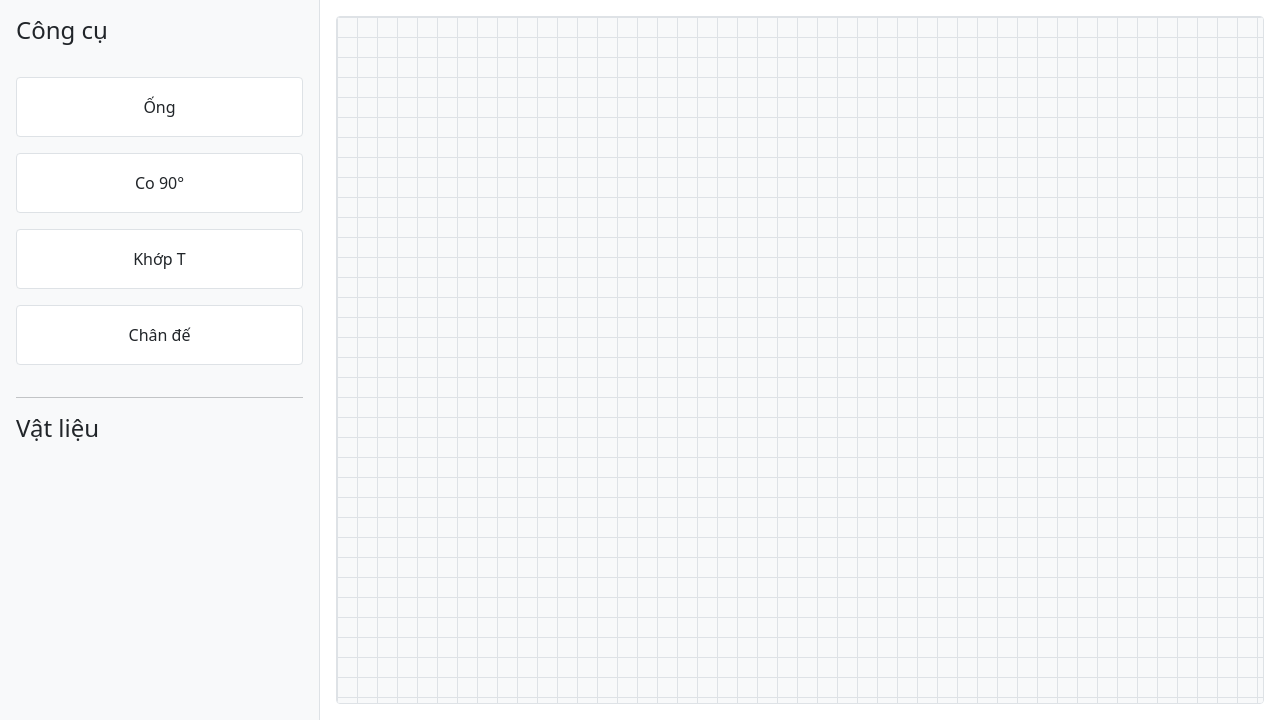
Repository: ph4n4n/treo-rackit
Page: index.html
The author's editor kept a copy of each file at every save. The page is drawn from the files as they stood at one save, then again after the next save.
The browser window is 1280 px wide. The pictures show the whole page.

Above is the page before, as saved 2025-06-16 18:28:08.

### index.html
<!DOCTYPE html>
<html lang="vi">
<head>
    <meta charset="UTF-8">
    <meta name="viewport" content="width=device-width, initial-scale=1.0">
    <title>TreoRackit - Thiết kế giá treo quần áo</title>

    <!-- Bootstrap 5 CSS -->
    <link href="https://cdn.jsdelivr.net/npm/bootstrap@5.3.0/dist/css/bootstrap.min.css" rel="stylesheet">

    <!-- Custom CSS -->
    <link href="css/style.css" rel="stylesheet">
</head>
<body>
    <div class="container-fluid">
        <div class="row vh-100">
            <!-- Sidebar -->
            <div class="col-md-3 border-end p-3 bg-light">
                <h4 class="mb-3">Công cụ</h4>
                <div class="components-list">
                    <!-- Components will be added here -->
                </div>
                <hr>
                <h4 class="mb-3">Vật liệu</h4>
                <div class="bom-list">
                    <!-- BOM will be added here -->
                </div>
            </div>

            <!-- Main Canvas -->
            <div class="col-md-9 p-3">
                <div class="canvas-container">
                    <div id="canvas" class="canvas">
                        <!-- Canvas content will be added here -->
                    </div>
                </div>
            </div>
        </div>
    </div>

    <!-- Bootstrap 5 JS -->
    <script src="https://cdn.jsdelivr.net/npm/bootstrap@5.3.0/dist/js/bootstrap.bundle.min.js"></script>

    <!-- FileSaver.js -->
    <script src="https://cdnjs.cloudflare.com/ajax/libs/FileSaver.js/2.0.5/FileSaver.min.js"></script>

    <!-- Custom JS -->
    <script src="js/constants.js"></script>
    <script src="js/components/BaseComponent.js"></script>
    <script src="js/components/PipeSegment.js"></script>
    <script src="js/components/ElbowJoint.js"></script>
    <script src="js/components/TeeJoint.js"></script>
    <script src="js/components/WallMount.js"></script>
    <script src="js/utils/dragDrop.js"></script>
    <script src="js/utils/snapGuides.js"></script>
    <script src="js/utils/bom.js"></script>
    <script src="js/app.js"></script>
</body>
</html>

### css/style.css
/* Canvas styles */
.canvas-container {
    width: 100%;
    height: calc(100vh - 2rem);
    border: 1px solid #dee2e6;
    border-radius: 0.25rem;
    overflow: hidden;
}

.canvas {
    width: 100%;
    height: 100%;
    background-color: #f8f9fa;
    position: relative;
}

/* Component styles */
.component {
    position: absolute;
    cursor: move;
    user-select: none;
    display: flex;
    align-items: center;
    justify-content: center;
    z-index: 1;
    transition: box-shadow 0.2s ease;
}

.component:hover {
    box-shadow: 0 2px 8px rgba(0,0,0,0.15);
}

.component.selected {
    outline: 2px solid #0d6efd;
    z-index: 2;
    box-shadow: 0 4px 12px rgba(13, 110, 253, 0.3);
}

.component.dragging {
    z-index: 3;
    box-shadow: 0 8px 25px rgba(0,0,0,0.3);
    transform: scale(1.05);
}

/* Component SVG styles */
.component svg {
    width: 100%;
    height: 100%;
}

/* Pipe Segment */
.pipe-segment {
    height: 20px !important;
}

.pipe-segment .length-input {
    position: absolute;
    width: 60px;
    text-align: center;
    border: none;
    background: rgba(255,255,255,0.9);
    color: #333;
    font-weight: bold;
    pointer-events: auto;
    font-size: 12px;
    border-radius: 3px;
    padding: 2px;
    z-index: 2;
}

.pipe-segment .length-input:focus {
    outline: 2px solid #0d6efd;
    background: white;
}

/* Rotation controls */
.rotation-controls {
    position: absolute;
    top: -25px;
    left: 50%;
    transform: translateX(-50%);
    display: none;
    gap: 0.5rem;
    z-index: 3;
}

.component:hover .rotation-controls,
.component.selected .rotation-controls {
    display: flex;
}

.rotation-controls button {
    width: 24px;
    height: 24px;
    padding: 0;
    border: 1px solid #dee2e6;
    background: white;
    border-radius: 50%;
    cursor: pointer;
    display: flex;
    align-items: center;
    justify-content: center;
    font-size: 14px;
    box-shadow: 0 2px 4px rgba(0,0,0,0.1);
    pointer-events: auto;
}

.rotation-controls button:hover {
    background: #f8f9fa;
    box-shadow: 0 2px 8px rgba(0,0,0,0.2);
}

/* Delete button */
.delete-button {
    position: absolute;
    top: -25px;
    right: -10px;
    width: 20px;
    height: 20px;
    background: #dc3545;
    color: white;
    border: none;
    border-radius: 50%;
    cursor: pointer;
    display: none;
    align-items: center;
    justify-content: center;
    font-size: 12px;
    z-index: 3;
    pointer-events: auto;
}

.component:hover .delete-button,
.component.selected .delete-button {
    display: flex;
}

.delete-button:hover {
    background: #c82333;
}

/* Sidebar styles */
.components-list {
    display: grid;
    gap: 1rem;
    padding: 1rem 0;
}

.component-item {
    padding: 0.5rem;
    border: 1px solid #dee2e6;
    border-radius: 0.25rem;
    background: white;
    cursor: grab;
    transition: all 0.2s;
    text-align: center;
    position: relative;
    height: 60px;
    display: flex;
    align-items: center;
    justify-content: center;
    flex-direction: column;
}

.component-item:hover {
    box-shadow: 0 0.125rem 0.25rem rgba(0, 0, 0, 0.075);
    transform: translateY(-1px);
}

.component-item:active {
    cursor: grabbing;
}

/* Component previews in sidebar */
.component-item svg {
    width: 30px;
    height: 30px;
    margin-bottom: 5px;
}

/* BOM styles */
.bom-list {
    font-size: 0.9rem;
}

.bom-list h6 {
    color: #495057;
    margin-bottom: 0.5rem;
}

.bom-list ul {
    margin-bottom: 0.5rem;
}

.bom-list li {
    padding: 0.25rem 0;
    border-bottom: 1px solid #f8f9fa;
}

/* Grid styles */
.grid {
    position: absolute;
    top: 0;
    left: 0;
    width: 100%;
    height: 100%;
    background-image:
        linear-gradient(#dee2e6 1px, transparent 1px),
        linear-gradient(90deg, #dee2e6 1px, transparent 1px);
    background-size: 20px 20px;
    pointer-events: none;
}

/* Snap guides */
.snap-guide {
    position: absolute;
    background: #0d6efd;
    pointer-events: none;
    z-index: 1;
}

.snap-guide.horizontal {
    height: 1px;
    width: 100%;
}

.snap-guide.vertical {
    width: 1px;
    height: 100%;
}

### js/constants.js
const COMPONENT_TYPES = {
    PIPE_SEGMENT: 'pipe-segment',
    ELBOW_JOINT: 'elbow-joint',
    TEE_JOINT: 'tee-joint',
    WALL_MOUNT: 'wall-mount'
};

const GRID_SIZE = 20; // pixels

const COMPONENT_DEFAULTS = {
    [COMPONENT_TYPES.PIPE_SEGMENT]: {
        width: 100,
        height: 20,
        color: '#6c757d'
    },
    [COMPONENT_TYPES.ELBOW_JOINT]: {
        width: 40,
        height: 40,
        color: '#0d6efd'
    },
    [COMPONENT_TYPES.TEE_JOINT]: {
        width: 40,
        height: 60,
        color: '#198754'
    },
    [COMPONENT_TYPES.WALL_MOUNT]: {
        width: 30,
        height: 30,
        color: '#dc3545'
    }
};

### js/components/PipeSegment.js
class PipeSegment extends BaseComponent {
    constructor(x, y) {
        super(COMPONENT_TYPES.PIPE_SEGMENT, x, y);
        this.length = 100; // default length in cm
    }

    create() {
        super.create();
        this.element.classList.add('pipe-segment');

        // Create SVG pipe
        this.createPipeSVG();

        // Add length input
        const input = document.createElement('input');
        input.type = 'number';
        input.value = this.length;
        input.min = 10;
        input.max = 300;
        input.className = 'length-input';

        input.addEventListener('change', (e) => {
            this.length = parseInt(e.target.value) || 100;
            this.updateStyle();
            window.app.bom.updateBOM();
        });

        this.element.appendChild(input);
        return this.element;
    }

    createPipeSVG() {
        const svg = document.createElementNS('http://www.w3.org/2000/svg', 'svg');
        svg.setAttribute('viewBox', '0 0 200 20');

        // Outer pipe
        const outerPipe = document.createElementNS('http://www.w3.org/2000/svg', 'rect');
        outerPipe.setAttribute('x', '0');
        outerPipe.setAttribute('y', '2');
        outerPipe.setAttribute('width', '200');
        outerPipe.setAttribute('height', '16');
        outerPipe.setAttribute('rx', '8');
        outerPipe.setAttribute('fill', '#6c757d');
        outerPipe.setAttribute('stroke', '#495057');
        outerPipe.setAttribute('stroke-width', '1');

        // Inner highlight
        const innerHighlight = document.createElementNS('http://www.w3.org/2000/svg', 'rect');
        innerHighlight.setAttribute('x', '2');
        innerHighlight.setAttribute('y', '4');
        innerHighlight.setAttribute('width', '196');
        innerHighlight.setAttribute('height', '6');
        innerHighlight.setAttribute('rx', '3');
        innerHighlight.setAttribute('fill', '#adb5bd');

        // Shadow
        const shadow = document.createElementNS('http://www.w3.org/2000/svg', 'rect');
        shadow.setAttribute('x', '2');
        shadow.setAttribute('y', '12');
        shadow.setAttribute('width', '196');
        shadow.setAttribute('height', '4');
        shadow.setAttribute('rx', '2');
        shadow.setAttribute('fill', '#495057');

        svg.appendChild(outerPipe);
        svg.appendChild(innerHighlight);
        svg.appendChild(shadow);

        this.element.appendChild(svg);
    }

    updateStyle() {
        super.updateStyle();
        if (this.element) {
            // Update width based on length (1cm = 2px)
            const newWidth = this.length * 2;
            this.element.style.width = `${newWidth}px`;

            // Update SVG viewBox
            const svg = this.element.querySelector('svg');
            if (svg) {
                svg.setAttribute('viewBox', `0 0 ${newWidth} 20`);

                // Update all rect elements
                const rects = svg.querySelectorAll('rect');
                rects[0].setAttribute('width', newWidth); // outer pipe
                rects[1].setAttribute('width', newWidth - 4); // highlight
                rects[2].setAttribute('width', newWidth - 4); // shadow
            }
        }
    }
}

### js/components/ElbowJoint.js
class ElbowJoint extends BaseComponent {
    constructor(x, y) {
        super(COMPONENT_TYPES.ELBOW_JOINT, x, y);
    }

    create() {
        super.create();
        this.element.classList.add('elbow-joint');

        // Create SVG elbow
        this.createElbowSVG();

        // Add rotation controls
        const controls = document.createElement('div');
        controls.className = 'rotation-controls';

        const rotateLeft = document.createElement('button');
        rotateLeft.textContent = '↶';
        rotateLeft.addEventListener('click', (e) => {
            e.stopPropagation();
            this.rotate(-90);
        });

        const rotateRight = document.createElement('button');
        rotateRight.textContent = '↷';
        rotateRight.addEventListener('click', (e) => {
            e.stopPropagation();
            this.rotate(90);
        });

        controls.appendChild(rotateLeft);
        controls.appendChild(rotateRight);
        this.element.appendChild(controls);

        return this.element;
    }

    createElbowSVG() {
        const svg = document.createElementNS('http://www.w3.org/2000/svg', 'svg');
        svg.setAttribute('viewBox', '0 0 40 40');

        // Create elbow path (90 degree bend)
        const path = document.createElementNS('http://www.w3.org/2000/svg', 'path');
        path.setAttribute('d', 'M 8 0 L 32 0 L 32 8 L 40 8 L 40 32 L 32 32 L 32 40 L 8 40 L 8 32 L 0 32 L 0 8 L 8 8 Z');
        path.setAttribute('fill', '#0d6efd');
        path.setAttribute('stroke', '#0b5ed7');
        path.setAttribute('stroke-width', '1');

        // Inner highlight
        const highlight = document.createElementNS('http://www.w3.org/2000/svg', 'path');
        highlight.setAttribute('d', 'M 10 2 L 30 2 L 30 10 L 38 10 L 38 30 L 30 30 L 30 38 L 10 38 L 10 30 L 2 30 L 2 10 L 10 10 Z');
        highlight.setAttribute('fill', '#6ea8fe');

        svg.appendChild(path);
        svg.appendChild(highlight);

        this.element.appendChild(svg);
    }
}

### js/components/TeeJoint.js
class TeeJoint extends BaseComponent {
    constructor(x, y) {
        super(COMPONENT_TYPES.TEE_JOINT, x, y);
    }

    create() {
        super.create();
        this.element.classList.add('tee-joint');

        // Create SVG T-joint
        this.createTeeJointSVG();

        // Add rotation controls
        const controls = document.createElement('div');
        controls.className = 'rotation-controls';

        const rotateLeft = document.createElement('button');
        rotateLeft.textContent = '↶';
        rotateLeft.addEventListener('click', (e) => {
            e.stopPropagation();
            this.rotate(-90);
        });

        const rotateRight = document.createElement('button');
        rotateRight.textContent = '↷';
        rotateRight.addEventListener('click', (e) => {
            e.stopPropagation();
            this.rotate(90);
        });

        controls.appendChild(rotateLeft);
        controls.appendChild(rotateRight);
        this.element.appendChild(controls);

        return this.element;
    }

    createTeeJointSVG() {
        const svg = document.createElementNS('http://www.w3.org/2000/svg', 'svg');
        svg.setAttribute('viewBox', '0 0 40 60');

        // Create T-joint path
        const path = document.createElementNS('http://www.w3.org/2000/svg', 'path');
        path.setAttribute('d', 'M 12 0 L 28 0 L 28 20 L 40 20 L 40 40 L 28 40 L 28 60 L 12 60 L 12 40 L 0 40 L 0 20 L 12 20 Z');
        path.setAttribute('fill', '#198754');
        path.setAttribute('stroke', '#157347');
        path.setAttribute('stroke-width', '1');

        // Inner highlight
        const highlight = document.createElementNS('http://www.w3.org/2000/svg', 'path');
        highlight.setAttribute('d', 'M 14 2 L 26 2 L 26 22 L 38 22 L 38 38 L 26 38 L 26 58 L 14 58 L 14 38 L 2 38 L 2 22 L 14 22 Z');
        highlight.setAttribute('fill', '#75b798');

        svg.appendChild(path);
        svg.appendChild(highlight);

        this.element.appendChild(svg);
    }
}

### js/utils/dragDrop.js
class DragDrop {
    constructor(app) {
        this.app = app;
        this.draggedItem = null;
        this.init();
    }

    init() {
        // Drag start from components list
        this.app.componentsList.addEventListener('dragstart', (e) => {
            if (e.target.classList.contains('component-item')) {
                this.draggedItem = e.target;
                e.dataTransfer.setData('text/plain', e.target.dataset.type);
                e.dataTransfer.effectAllowed = 'copy';
            }
        });

        // Drag over canvas
        this.app.canvas.addEventListener('dragover', (e) => {
            e.preventDefault();
            e.dataTransfer.dropEffect = 'copy';
        });

        // Drop on canvas
        this.app.canvas.addEventListener('drop', (e) => {
            e.preventDefault();
            const type = e.dataTransfer.getData('text/plain');
            if (type) {
                this.createComponent(type, e.offsetX, e.offsetY);
            }
        });
    }

    createComponent(type, x, y) {
        let component;

        switch (type) {
            case COMPONENT_TYPES.PIPE_SEGMENT:
                component = new PipeSegment(x, y);
                break;
            case COMPONENT_TYPES.ELBOW_JOINT:
                component = new ElbowJoint(x, y);
                break;
            case COMPONENT_TYPES.TEE_JOINT:
                component = new TeeJoint(x, y);
                break;
            case COMPONENT_TYPES.WALL_MOUNT:
                component = new WallMount(x, y);
                break;
            default:
                return;
        }

        const element = component.create();
        this.app.canvas.appendChild(element);
        this.app.addComponent(component);
    }
}

### js/utils/bom.js
class BOM {
    constructor(app) {
        this.app = app;
        this.bomList = document.querySelector('.bom-list');
        this.init();
    }

    init() {
        this.updateBOM();
    }

    updateBOM() {
        const components = Array.from(this.app.components.values());
        const counts = {
            [COMPONENT_TYPES.PIPE_SEGMENT]: new Map(), // Map of length -> count
            [COMPONENT_TYPES.ELBOW_JOINT]: 0,
            [COMPONENT_TYPES.TEE_JOINT]: 0,
            [COMPONENT_TYPES.WALL_MOUNT]: 0
        };

        // Count components
        components.forEach(component => {
            if (component.type === COMPONENT_TYPES.PIPE_SEGMENT) {
                const length = component.length;
                counts[component.type].set(length, (counts[component.type].get(length) || 0) + 1);
            } else {
                counts[component.type]++;
            }
        });

        // Update UI
        this.renderBOM(counts);
    }

    renderBOM(counts) {
        this.bomList.innerHTML = '';

        // Render pipe segments
        if (counts[COMPONENT_TYPES.PIPE_SEGMENT].size > 0) {
            const pipeSection = document.createElement('div');
            pipeSection.className = 'mb-3';
            pipeSection.innerHTML = '<h6>Ống</h6>';

            const pipeList = document.createElement('ul');
            pipeList.className = 'list-unstyled';

            Array.from(counts[COMPONENT_TYPES.PIPE_SEGMENT].entries())
                .sort(([a], [b]) => a - b)
                .forEach(([length, count]) => {
                    const li = document.createElement('li');
                    li.textContent = `${length}cm: ${count} cái`;
                    pipeList.appendChild(li);
                });

            pipeSection.appendChild(pipeList);
            this.bomList.appendChild(pipeSection);
        }

        // Render other components
        const otherComponents = [
            { type: COMPONENT_TYPES.ELBOW_JOINT, label: 'Co 90°' },
            { type: COMPONENT_TYPES.TEE_JOINT, label: 'Khớp T' },
            { type: COMPONENT_TYPES.WALL_MOUNT, label: 'Chân đế' }
        ];

        otherComponents.forEach(({ type, label }) => {
            if (counts[type] > 0) {
                const div = document.createElement('div');
                div.className = 'mb-2';
                div.textContent = `${label}: ${counts[type]} cái`;
                this.bomList.appendChild(div);
            }
        });
    }
}

### js/app.js
class App {
    constructor() {
        this.canvas = document.getElementById('canvas');
        this.componentsList = document.querySelector('.components-list');
        this.selectedComponent = null;
        this.components = new Map(); // Store component instances

        this.init();
    }

    init() {
        // Add grid to canvas
        this.addGrid();

        // Initialize components list
        this.initComponentsList();

        // Initialize drag and drop
        this.dragDrop = new DragDrop(this);

        // Initialize snap guides
        this.snapGuides = new SnapGuides(this);

        // Initialize BOM
        this.bom = new BOM(this);

        // Add event listeners
        this.addEventListeners();
    }

    addGrid() {
        const grid = document.createElement('div');
        grid.className = 'grid';
        this.canvas.appendChild(grid);
    }

    initComponentsList() {
        Object.entries(COMPONENT_TYPES).forEach(([key, type]) => {
            const item = document.createElement('div');
            item.className = 'component-item';
            item.draggable = true;
            item.dataset.type = type;
            item.textContent = this.getComponentLabel(type);

            this.componentsList.appendChild(item);
        });
    }

    getComponentLabel(type) {
        const labels = {
            [COMPONENT_TYPES.PIPE_SEGMENT]: 'Ống',
            [COMPONENT_TYPES.ELBOW_JOINT]: 'Co 90°',
            [COMPONENT_TYPES.TEE_JOINT]: 'Khớp T',
            [COMPONENT_TYPES.WALL_MOUNT]: 'Chân đế'
        };
        return labels[type] || type;
    }

    addEventListeners() {
        // Canvas click to deselect
        this.canvas.addEventListener('click', (e) => {
            if (e.target === this.canvas || e.target.classList.contains('grid')) {
                this.deselectComponent();
            }
        });

        // Delete selected component with Delete key
        document.addEventListener('keydown', (e) => {
            if (e.key === 'Delete' && this.selectedComponent) {
                this.selectedComponent.delete();
            }
        });
    }

    deselectComponent() {
        if (this.selectedComponent) {
            this.selectedComponent.deselect();
            this.selectedComponent = null;
        }
    }

    selectComponent(component) {
        this.deselectComponent();
        this.selectedComponent = component;
        component.select();
    }

    addComponent(component) {
        this.components.set(component.id, component);
        this.bom.updateBOM();
    }
}

// Initialize app when DOM is loaded
document.addEventListener('DOMContentLoaded', () => {
    window.app = new App();
});

Loaded but not shown: js/components/BaseComponent.js (134 lines, source omitted); js/components/WallMount.js (93 lines, source omitted); js/utils/snapGuides.js (99 lines, source omitted)

After the next save:
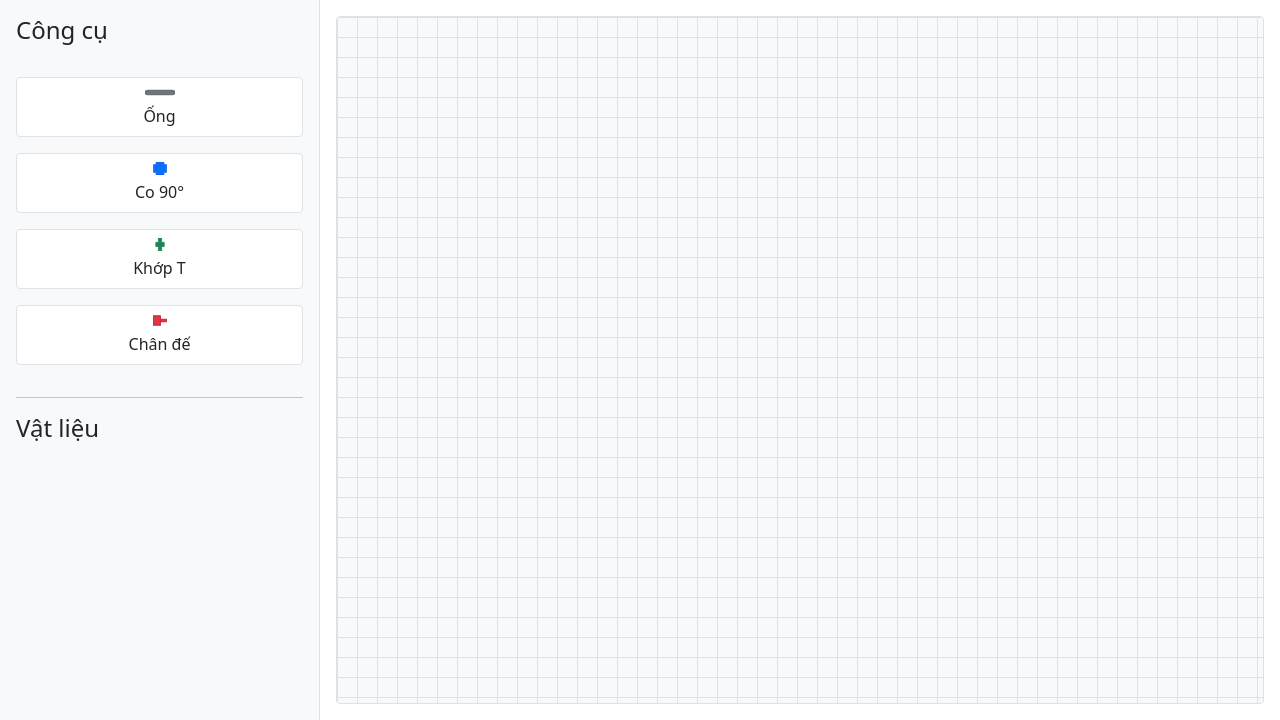
Saved 35 s later.
--- a/js/app.js
+++ b/js/app.js
@@ -40,10 +40,76 @@ class App {
             item.className = 'component-item';
             item.draggable = true;
             item.dataset.type = type;
-            item.textContent = this.getComponentLabel(type);
+
+            // Add SVG preview
+            this.addComponentPreview(item, type);
+
+            // Add label
+            const label = document.createElement('div');
+            label.textContent = this.getComponentLabel(type);
+            item.appendChild(label);
 
             this.componentsList.appendChild(item);
         });
+    }
+
+    addComponentPreview(item, type) {
+        const svg = document.createElementNS('http://www.w3.org/2000/svg', 'svg');
+
+        switch (type) {
+            case COMPONENT_TYPES.PIPE_SEGMENT:
+                svg.setAttribute('viewBox', '0 0 40 8');
+                const pipe = document.createElementNS('http://www.w3.org/2000/svg', 'rect');
+                pipe.setAttribute('x', '0');
+                pipe.setAttribute('y', '1');
+                pipe.setAttribute('width', '40');
+                pipe.setAttribute('height', '6');
+                pipe.setAttribute('rx', '3');
+                pipe.setAttribute('fill', '#6c757d');
+                pipe.setAttribute('stroke', '#495057');
+                svg.appendChild(pipe);
+                break;
+
+            case COMPONENT_TYPES.ELBOW_JOINT:
+                svg.setAttribute('viewBox', '0 0 20 20');
+                const elbow = document.createElementNS('http://www.w3.org/2000/svg', 'path');
+                elbow.setAttribute('d', 'M 4 0 L 16 0 L 16 4 L 20 4 L 20 16 L 16 16 L 16 20 L 4 20 L 4 16 L 0 16 L 0 4 L 4 4 Z');
+                elbow.setAttribute('fill', '#0d6efd');
+                elbow.setAttribute('stroke', '#0b5ed7');
+                svg.appendChild(elbow);
+                break;
+
+            case COMPONENT_TYPES.TEE_JOINT:
+                svg.setAttribute('viewBox', '0 0 20 30');
+                const tee = document.createElementNS('http://www.w3.org/2000/svg', 'path');
+                tee.setAttribute('d', 'M 6 0 L 14 0 L 14 10 L 20 10 L 20 20 L 14 20 L 14 30 L 6 30 L 6 20 L 0 20 L 0 10 L 6 10 Z');
+                tee.setAttribute('fill', '#198754');
+                tee.setAttribute('stroke', '#157347');
+                svg.appendChild(tee);
+                break;
+
+            case COMPONENT_TYPES.WALL_MOUNT:
+                svg.setAttribute('viewBox', '0 0 15 15');
+                const mount = document.createElementNS('http://www.w3.org/2000/svg', 'rect');
+                mount.setAttribute('x', '0');
+                mount.setAttribute('y', '2');
+                mount.setAttribute('width', '8');
+                mount.setAttribute('height', '11');
+                mount.setAttribute('fill', '#dc3545');
+                mount.setAttribute('stroke', '#c82333');
+                const arm = document.createElementNS('http://www.w3.org/2000/svg', 'rect');
+                arm.setAttribute('x', '8');
+                arm.setAttribute('y', '6');
+                arm.setAttribute('width', '7');
+                arm.setAttribute('height', '3');
+                arm.setAttribute('fill', '#dc3545');
+                arm.setAttribute('stroke', '#c82333');
+                svg.appendChild(mount);
+                svg.appendChild(arm);
+                break;
+        }
+
+        item.appendChild(svg);
     }
 
     getComponentLabel(type) {
